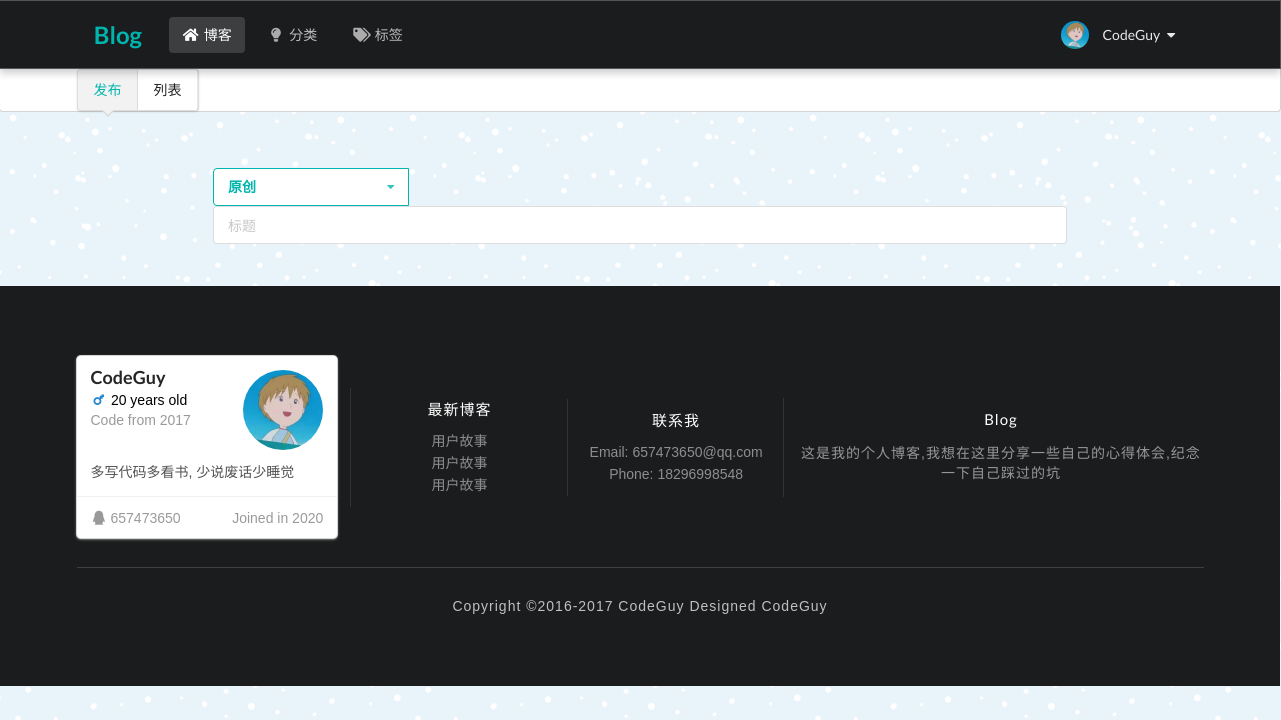
Repository: GOGOHQ/myblog
Page: admin/blog_input.html
An editor plug-in stored every save of this project. The page is shown before and after a run of saves, followed by the edit.
The browser window is 1280 px wide. The page is 1281 px wide, so the pictures cover 1281 px, including what lies to the right of the window. The pictures show the whole page.
Some web libraries are served in a nearby version.

Above is the page before, as saved 2020-01-19 09:01:59.

### admin/blog_input.html
<!DOCTYPE html>
<html lang="en">
<!-- shift alt + b -->

<head>
    <meta charset="UTF-8">
    <meta name="viewport" content="width=device-width, inital-scale=1.0">
    <title>博客发布</title>
    <link rel="stylesheet" href="../static/css/me.css">
    <link rel="stylesheet" href="https://cdn.jsdelivr.net/semantic-ui/2.2.4/semantic.min.css">

</head>

<body style="background-image: url(../static/images/blue-snow.png);">
<!-- 导航 -->
<nav class="ui inverted attached segment m-padded-tb-mini m-shadow-small">
    <div class="ui container">
        <div class="ui secondary stackable inverted menu">
            <h2 class="ui teal header item">Blog</h2>
            <a href="" class="active m-item m-mobile-hide item"><i class="home icon"></i>博客</a>
            <a href="" class="m-item m-mobile-hide item"><i class="idea icon"></i>分类</a>
            <a href="" class="m-item m-mobile-hide item"><i class="tags icon"></i>标签</a>
            <div class="right menu">
                <div class="ui dropdown item m-mobile-hide m-item" style="padding-left:5px">
                    <div class="text">
                        <img class="ui avatar image" src="../static/images/avatar.jpg"> CodeGuy
                        <i class="dropdown icon"></i>
                    </div>

                    <div class="menu">
                        <div class="item"><i class="power off icon"></i>注销</div>
                    </div>
                </div>
            </div>
            <a href="#" class="menu toggle ui black icon button m-top-right m-mobile-show">
                <i class="icon sidebar"></i>
            </a>
        </div>
    </div>
</nav>
<div class="ui bottom attached pointing menu">
    <div class="ui container">
        <div class="ui left menu">
            <a href="#" class="active teal item">发布</a>
            <a href="#" class="teal item">列表</a>
        </div>
    </div>
</div>
<!-- 内容 -->
<div class="m-padded-tb-big m-small-container">
    <div class="ui container">
        <form action="#" method="POST" class="ui form">
            <div class="ui left labeled input">
                <div class="ui selection teal basic dropdown label">
                    <input type="hidden" value="原创">
                    <i class="dropdown icon"></i>
                    <div class="text">原创</div>
                    <div class="menu">
                        <div class="item" data-value="原创">原创</div>
                        <div class="item" data-value="转载">转载</div>
                        <div class="item" data-value="翻译">翻译</div>
                    </div>
                </div>
            </div>
            <div class="field">
                <input type="text" name="title" placeholder="标题">
            </div>
        </form>
    </div>
</div>
<!-- 底部 -->
<footer class="ui inverted vertical segment  m-padded-tb-massive ">
    <div class="ui center aligned container ">
        <div class="ui inverted stackable divided grid fluid ">
            <div class="four wide column left aligned ">
                <div class="ui fluid card ">
                    <div class="content ">
                        <img class="right circular floated tiny ui image " src="../static/images/avatar.jpg ">
                        <div class="header ">
                            CodeGuy
                        </div>
                        <div class="meta ">
                            <i class="icon blue mars stroke " style="margin:0px "></i>
                            <text style="color:black; ">20 years old</text>
                        </div>
                        <div class="meta ">
                            Code from 2017
                        </div>
                        <div class="description ">
                            多写代码多看书, 少说废话少睡觉
                        </div>
                    </div>
                    <div class="extra content ">
                        <a>
                            <i class="qq icon "></i>657473650
                        </a>
                        <span class="right floated ">
                                    Joined in 2020
                                  </span>
                    </div>
                </div>
            </div>
            <div class="center middle aligned three wide column ">
                <h4 class="ui inverted header m-text-thin m-text-spaced ">最新博客</h4>
                <div class="ui inverted link list ">
                    <a href="# " class="item ">用户故事</a>
                    <a href="# " class="item ">用户故事</a>
                    <a href="# " class="item ">用户故事</a>
                </div>
            </div>
            <div class="center aligned three wide column middle aligned ">
                <h4 class="ui inverted header m-text-thin m-text-spaced ">联系我</h4>
                <div class="ui inverted link list ">
                    <a href="# " class="item ">Email: 657473650@qq.com</a>
                    <a href="# " class="item ">Phone: 18296998548</a>

                </div>
            </div>
            <div class="six wide middle aligned column ">
                <h4 class="ui inverted header m-text-thin m-text-spaced ">Blog</h4>
                <p class="m-text-thin m-text-spaced m-text-tiny-opacity ">这是我的个人博客,我想在这里分享一些自己的心得体会,纪念一下自己踩过的坑</p>
            </div>
        </div>
        <div class="ui inverted section divider "></div>
        <p class="m-text-thin m-text-spaced m-text-mini-opacity ">Copyright ©2016-2017 CodeGuy Designed CodeGuy</p>
    </div>
</footer>
</body>
<script src="https://cdn.jsdelivr.net/npm/jquery@3.2/dist/jquery.min.js"></script>
<script src="https://cdn.jsdelivr.net/semantic-ui/2.2.4/semantic.min.js"></script>
<script>
    $('.menu.toggle').click(function () {
        $('.m-item').fadeToggle().toggleClass('m-mobile-hide')
    });
    $('.ui.dropdown').dropdown();
</script>

</html>

### static/css/me.css
/* postion */

.m-top-right {
    position: absolute !important;
    top: 0;
    right: 0;
}


/*margin*/

.m-margin-tb-tiny {
    margin-top: 0.3em !important;
    margin-bottom: 0.3em !important;
}

.m-margin-top-small {
    margin-top: 0.5em !important;
}

.m-margin-lr-small {
    margin-right: 0.5em !important;
}

.m-margin-bottom-small {
    margin-bottom: 1em !important;
}

.m-margin-top-large {
    margin-top: 2em !important;
}

.m-margin-top {
    margin-top: 1em !important;
}

body {
    font-family: "WenQuanYi Micro Hei", sans-serif !important;
}


/* padding */

.m-padded-lr-responsive {
    padding-left: 3.5em !important;
    padding-right: 3.5em !important;
}

.m-padded-mini {
    padding: 0.2em !important;
}

.m-padded-tiny {
    padding: 0.3em !important;
}

.m-padded-small {
    padding: 0.5em !important;
}

.m-padded-tb-mini {
    padding-top: 0.2em !important;
    padding-bottom: 0.2em !important;
}

.m-padded-top-middle {
    padding-top: 40px !important
}

.m-padded-tb-massive {
    padding-top: 5em !important;
    padding-bottom: 5em !important;
}

.m-padded-tb-large {
    padding-top: 2em !important;
    padding-bottom: 2em !important;
}

.m-padded-tb-big {
    padding-top: 3em !important;
    padding-bottom: 3em !important;
}

.m-padded-tb-tiny {
    padding-top: 0.3em !important;
    padding-bottom: 0.3em !important;
}

.m-padded-tb-huge {
    padding-top: 4em !important;
    padding-bottom: 4em !important;
}

.m-padded-tb {
    padding-top: 1em !important;
    padding-bottom: 1em !important;
}

.m-padded-tb-small {
    padding-top: 0.5em !important;
    padding-bottom: 0.5em !important;
}


/* shadow */

.m-shadow-small {
    -webkit-box-shadow: 0 4px 8px rgba(0, 0, 0, 0.2) !important;
    box-shadow: 0 4px 8px rgba(0, 0, 0, 0.2) !important;
}

.m-top-shadow {
    -webkit-box-shadow: 0 4px 8px rgba(0, 0, 0, 0.3) !important;
    box-shadow: 8px 0px 20px rgba(0, 0, 0, 0.6) !important;
}


/* color */

.m-black {
    color: #333 !important;
}


/* text */

.m-label-text {
    line-height: 1.6 !important;
    font-weight: 550 !important;
    letter-spacing: 1px !important;
    opacity: 0.85 !important;
}

.m-label-text-big {
    font-weight: 700 !important;
    letter-spacing: 1px !important;
    opacity: 0.9 !important;
}

.m-text-thin {
    font-weight: 400 !important
}

.m-text-spaced {
    letter-spacing: 1px !important
}

.m-text-lined {
    line-height: 1.8 !important
}

.m-text-mini-opacity {
    opacity: 0.8 !important
}

.m-text-tiny-opacity {
    opacity: 0.6 !important
}

.m-text {
    line-height: 1.6 !important;
    font-weight: 400 !important;
    letter-spacing: 1px !important;
    opacity: 0.8 !important
}

.m-info-text {
    line-height: 1.6 !important;
    font-weight: 600 !important;
    letter-spacing: 1px !important;
    opacity: 0.8 !important;
    color: #333 !important;
}


/* display */

.m-inline-block {
    display: inline-block !important;
}


/* container */

.m-container {
    max-width: 78em !important;
    margin: auto !important;
}

.m-small-container {
    max-width: 61em !important;
    margin: auto !important;
}

.m-mobile-show {
    display: none !important;
}

.sbtn {
    margin: 0 !important;
    margin-right: 120px !important;
}

.sinput {
    margin: 0 !important;
    margin-left: 12px !important;
}

.m-tb-mobile-lr {
    margin-left: 0px !important;
}

@media screen and (max-width: 768px) {
    .m-mobile-hide {
        display: none !important;
    }

    .m-mobile-show {
        display: block !important;
    }

    .m-padded-lr-responsive {
        padding-left: 0 !important;
        padding-right: 0 !important;
    }

    .m-mobile-lr-clear {
        padding-right: 0 !important;
        padding-left: 0 !important;
    }

    .m-tb-mobile-lr {
        padding-left: 12px !important;
    }

    .sbtn {
        margin-top: 10px !important;
        margin-right: 12px !important;
        margin-left: 9px !important;
    }

    .sinput {
        margin-top: 10px !important;
        margin-right: 12px !important;
    }
}

After the next 2 saves:
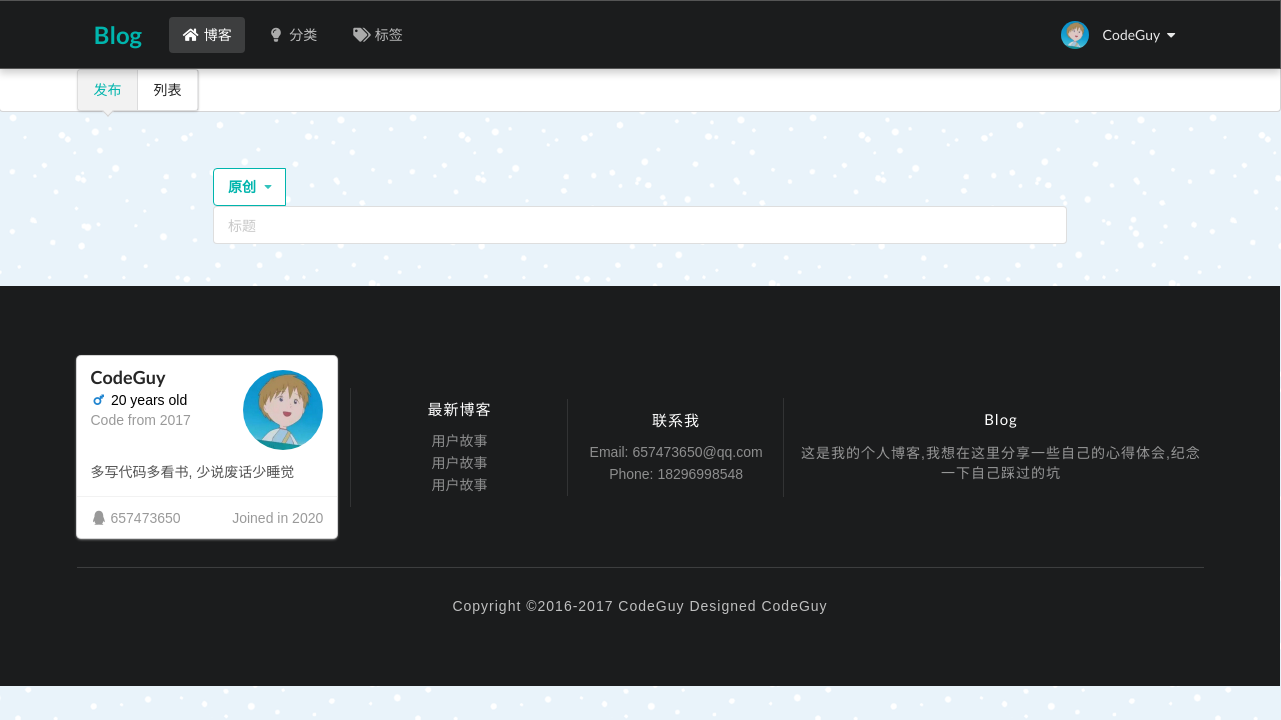
The 2 saves are shown as one change because they came seconds apart.
The last was saved 18 s later.
--- a/admin/blog_input.html
+++ b/admin/blog_input.html
@@ -51,7 +51,7 @@
     <div class="ui container">
         <form action="#" method="POST" class="ui form">
             <div class="ui left labeled input">
-                <div class="ui selection teal basic dropdown label">
+                <div class="ui selection teal basic compact dropdown label">
                     <input type="hidden" value="原创">
                     <i class="dropdown icon"></i>
                     <div class="text">原创</div>
